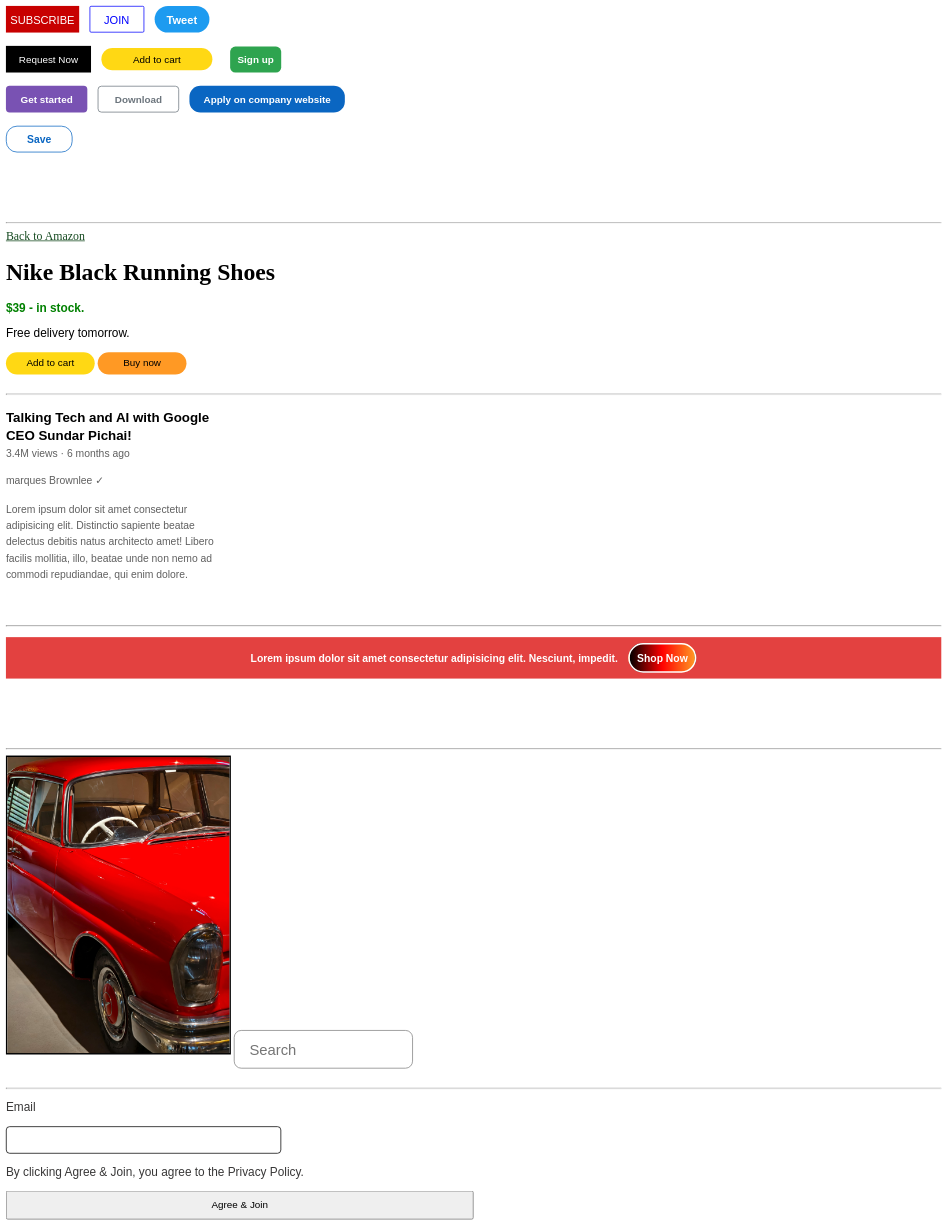
Repository: Yeyolive/WebDev_Collab_2025
Page: Basic_Projects/HTML-CSS course/into-to-html/index.html
The author's editor kept a copy of each file at every save. The page is drawn from the files as they stood at one save, then again after the next save.
The browser window is 1280 px wide. The pictures show the whole page, at 74% of full size.

Above is the page before, as saved 2025-11-23 23:28:36.

### Basic_Projects/HTML-CSS course/into-to-html/index.html
<!DOCTYPE html>
<html lang="en">
  <head>
    <meta charset="UTF-8" />
    <meta http-equiv="X-UA-Compatible" content="IE=edge" />
    <!-- Ensures compatibility with Internet Explorer -->
    <meta name="viewport" content="width=device-width, initial-scale=1.0" />
    <title>HTML-CSS Course</title>
    <link rel="stylesheet" href="styles.css" />
  </head>

  <body>
    <!-- Buttons section-->
    <button class="subscribe">SUBSCRIBE</button>

    <button class="join">JOIN</button>

    <button class="tweet">Tweet</button>
    <br /><br />
    <button class="uber">Request Now</button>

    <button class="Amazon">Add to cart</button>

    <button class="Github">Sign up</button>
    <br /><br />
    <button class="Bootstrap-1">Get started</button>
    <button class="Bootstrap-2">Download</button>

    <button class="Linkedin-1">Apply on company website</button>
    <br /><br />
    <button class="Linkedin-2">Save</button>
    <br /><br /><br />
    <hr />
    <a href="#">Back to Amazon</a>
    <br />
    <h1>Nike Black Running Shoes</h1>
    <p class="price">$39 - in stock.</p>

    <p>Free delivery tomorrow.</p>

    <button class="Amazon-1">Add to cart</button>
    <button class="Amazon-2">Buy now</button>
    <br /><br />
    <hr />
    <!-- Texts section-->
    <p class="video-title">
      Talking Tech and AI with Google CEO Sundar Pichai!
    </p>

    <p class="video-stats">3.4M views &#183; 6 months ago</p>
    <p class="video-author">marques Brownlee &#10003;</p>
    <p class="video-description">
      Lorem ipsum dolor sit amet consectetur adipisicing elit. Distinctio
      sapiente beatae delectus debitis natus architecto amet! Libero facilis
      mollitia, illo, beatae unde non nemo ad commodi repudiandae, qui enim
      dolore.
    </p>
    <br /><br />
    <hr />
    <p class="apple-text">
      Lorem ipsum dolor sit amet consectetur adipisicing elit. Nesciunt,
      impedit. <span class="span-example">Shop Now</span>
    </p>
    <br /><br />
    <hr />
    <!-- Images -->
    <img src="images/pexels-fx-ambro-436492281-34879476.jpg" alt="Car" />

    <input class="search-bar" type="text" placeholder="Search" />
    <br /><br />
    <hr />
    <!-- Input field -->
    <p class="email-p">Email</p>
    <input class="email-input" type="email" />

    <p class="email-p">
      By clicking Agree & Join, you agree to the Privacy Policy.
    </p>

    <button class="agree-and-join">Agree & Join</button>
  </body>
</html>

### Basic_Projects/HTML-CSS course/into-to-html/styles.css
/* === buttons === */
.subscribe {
  border: none;
  height: 36px;
  background: rgb(200, 0, 0);
  color: white;
  font-size: 15px;
  cursor: pointer;
  margin-right: 10px;
  transition: opacity 0.3s;
}

.subscribe:hover {
  opacity: 0.7;
}

.subscribe:active {
  opacity: 0.6;
}

.join {
  border: 1px solid blue;
  height: 36px;
  width: 74px;
  color: blue;
  font-size: 15px;
  background: white;
  border-radius: 2px;
  cursor: pointer;
  margin-right: 10px;
  transition: background-color 0.4s, color 0.4s;
}

.join:hover {
  background: blue;
  color: white;
}

.join:active {
  opacity: 0.7;
}

.tweet {
  border: none;
  border-radius: 18px;
  height: 36px;
  width: 74px;
  background: #1d9bf0;
  color: white;
  cursor: pointer;
  font-weight: bold;
  font-size: 15px;
  transition: background-color 0.4s, color 0.4s;
}

.tweet:hover {
  box-shadow: 5px 5px 10px rgba(0, 0, 0, 0.414);
}

.uber {
  background: black;
  color: white;
  border: none;
  height: 36px;
  width: 115px;
  cursor: pointer;
  transition: background-color 0.4s, color 0.4s;
}

.uber:hover {
  opacity: 0.7;
}

.Amazon {
  background: rgb(255, 216, 20);
  color: rgb(0, 0, 0);
  border: none;
  border-radius: 18px;
  height: 30px;
  width: 150px;
  margin-left: 10px;
  margin-right: 10px;
  cursor: pointer;
  transition: background-color 0.4s, color 0.4s;
}

.Amazon:hover {
  background: rgb(255, 153, 36);
}

.Github {
  background: rgb(46, 164, 79);
  color: white;
  border: none;
  padding-left: 10px;
  padding-right: 10px;
  padding-top: 10px;
  padding-bottom: 10px;
  margin-left: 10px;
  margin-right: 10px;
  border-radius: 7px;
  font-weight: bold;
  cursor: pointer;
  transition: padding 0.15s, margin 0.15s, background-color 0.4s, color 0.4s;
}

.Github:hover {
  background: rgb(36, 124, 59);
  padding-left: 25px;
  padding-right: 25px;
  margin-left: 0px;
  margin-right: 0px;
}

.Bootstrap-1 {
  background: rgb(121, 82, 179);
  color: white;
  border: none;
  border-radius: 5px;
  height: 36px;
  width: 110px;
  font-weight: bold;
  margin-right: 10px;
  cursor: pointer;
  transition: background-color 0.4s, color 0.4s;
}

.Bootstrap-1:hover {
  background: rgb(51, 26, 88);
}
.Bootstrap-2 {
  background: white;
  color: rgb(108, 117, 125);
  font-weight: bold;
  border: 1px solid rgb(108, 117, 125);
  height: 36px;
  width: 110px;
  border-radius: 5px;
  margin-right: 10px;
  cursor: pointer;
  transition: background-color 0.4s, color 0.4s;
}
.Bootstrap-2:hover {
  background: rgb(108, 117, 125);
  color: white;
  width: 130px;
}

.Linkedin-1 {
  background: rgb(10, 102, 194);
  color: white;
  border: none;
  border-radius: 15px;
  font-weight: bold;
  height: 36px;
  width: 210px;
  cursor: pointer;
  transition: background-color 0.4s, color 0.4s;
}

.Linkedin-1:hover {
  background: rgb(6, 61, 116);
}

.Linkedin-2 {
  background: white;
  color: rgb(10, 102, 194);
  font-weight: bold;
  border: 1px solid rgb(10, 102, 194);
  height: 36px;
  width: 90px;
  border-radius: 15px;
  cursor: pointer;
  font-size: 14px;
  margin-bottom: 50px;
  transition: background-color 0.4s, color 0.4s;
}

.Linkedin-2:hover {
  background: rgba(55, 146, 250, 0.307);
  color: rgb(10, 102, 194);
  border: 1px solid rgb(10, 102, 194);
}

a {
  color: rgb(22, 75, 33);
}

a:hover {
  text-decoration: none;
  color: rgb(30, 255, 0);
}

.Amazon-1 {
  background: rgb(255, 216, 20);
  color: rgb(0, 0, 0);
  border: none;
  border-radius: 18px;
  height: 30px;
  width: 120px;
  cursor: pointer;
  transition: background-color 0.4s, color 0.4s;
}
.Amazon-1:hover {
  background: rgb(255, 153, 36);
  margin-right: 20px;
  border-top-right-radius: 25px;
}

.Amazon-2 {
  background: rgb(255, 153, 36);
  color: rgb(0, 0, 0);
  border: none;
  border-radius: 18px;
  height: 30px;
  width: 120px;
  cursor: pointer;
  transition: background-color 0.4s, color 0.4s;
}
.Amazon-2:hover {
  background: rgb(255, 216, 20);
  margin-left: 20px;
  border-top-left-radius: 25px;
  border-bottom-right-radius: 25px;
  font-style: italic;
}

.price {
  color: green;
  font-weight: bold;
}

/* === video ===== */

p {
  font-family: Arial, Helvetica, sans-serif;
}
.video-title {
  font-size: 18px;
  font-weight: bold;
  width: 300px;
  line-height: 24px;
  margin-bottom: 5px;
}

.video-stats {
  font-size: 14px;
  color: rgb(96, 96, 96);
  margin-top: 0;
  margin-bottom: 20px;
}

.video-author {
  font-size: 14px;
  color: rgb(96, 96, 96);
  margin-top: 0;
  margin-bottom: 20px;
}

.video-description {
  font-size: 14px;
  color: rgb(96, 96, 96);
  width: 300px;
  line-height: 22px;
  margin-top: 0;
}

.apple-text {
  margin-bottom: 50px;
  font-size: 14px;
  font-weight: bold;
  background-color: rgb(227, 65, 64);
  color: white;
  text-align: center;
  padding: 20px 10px;
}

.span-example {
  color: rgb(255, 255, 255);
  cursor: pointer;
  margin-left: 10px;
  border: 2px solid rgb(255, 255, 255);
  padding: 10px;
  background: linear-gradient(
    to right,
    rgb(0, 0, 0),
    rgb(255, 1, 1),
    rgb(255, 153, 36)
  );
  border-radius: 20px;
}

.span-example:hover {
  opacity: 0.7;
}

.span-example:active {
  opacity: 0.6;
}

/* === images === */

img {
  width: 300px;
  border: 2px solid black;
  object-fit: cover;
  object-position: center;
}

.search-bar {
  width: 200px;
  height: 30px;
  margin-top: 20px;
  font-size: 20px;
  padding: 10px 20px;
  border: 1px solid grey;
  border-radius: 10px;
}

.email-p {
  color: rgb(56, 55, 55);
}

.email-input {
  width: 350px;
  border: 1.5px solid black;
  border-radius: 5px;
  padding: 10px;
}

.agree-and-join {
  padding: 10px 60px;
  width: 50%;
}

After the next save:
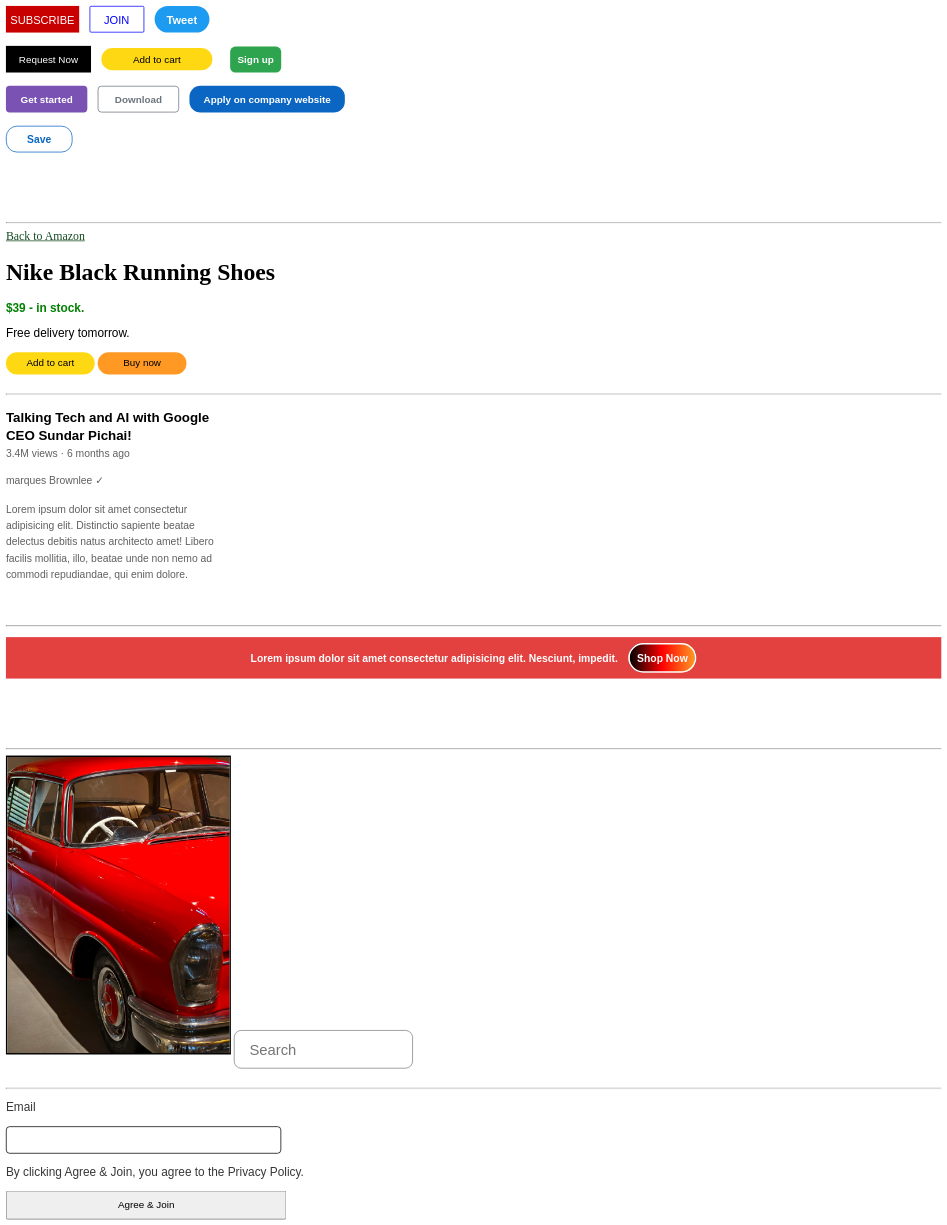
Saved 9 s later.
--- a/Basic_Projects/HTML-CSS course/into-to-html/styles.css
+++ b/Basic_Projects/HTML-CSS course/into-to-html/styles.css
@@ -330,5 +330,5 @@
 
 .agree-and-join {
   padding: 10px 60px;
-  width: 50%;
-}
+  width: 30%;
+}
